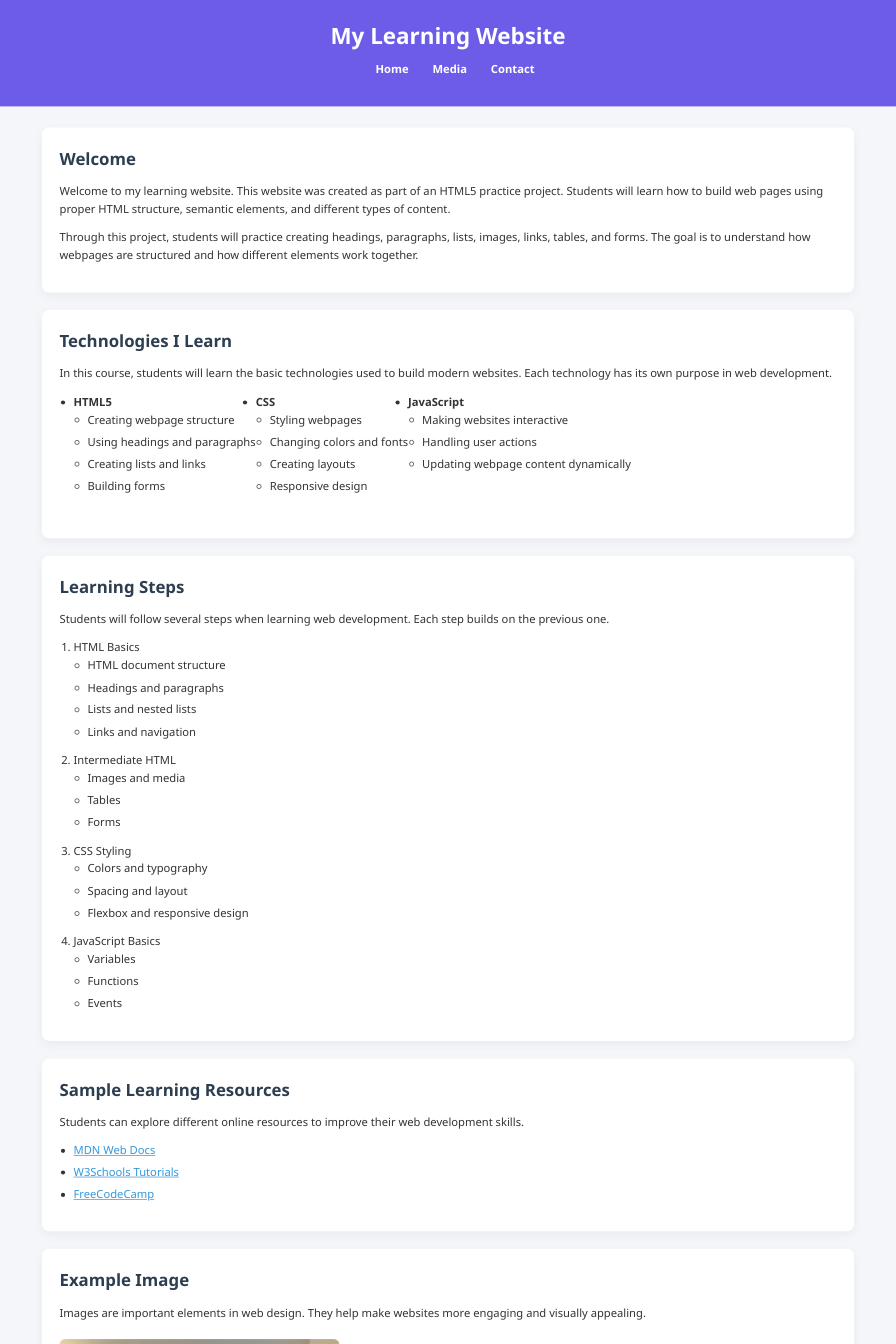
Repository: Than-sothearak/web_client_programing
Page: Week_03/index.html
The author's editor kept a copy of each file at every save. The page is drawn from the files as they stood at one save, then again after the next save.
The browser window is 1280 px wide. The pictures show the part of the page from y = 0 to 1920 px (the page is 2949 px tall), at 70% of full size.

Above is the page before, as saved 2026-03-24 21:15:55.

After the next save:
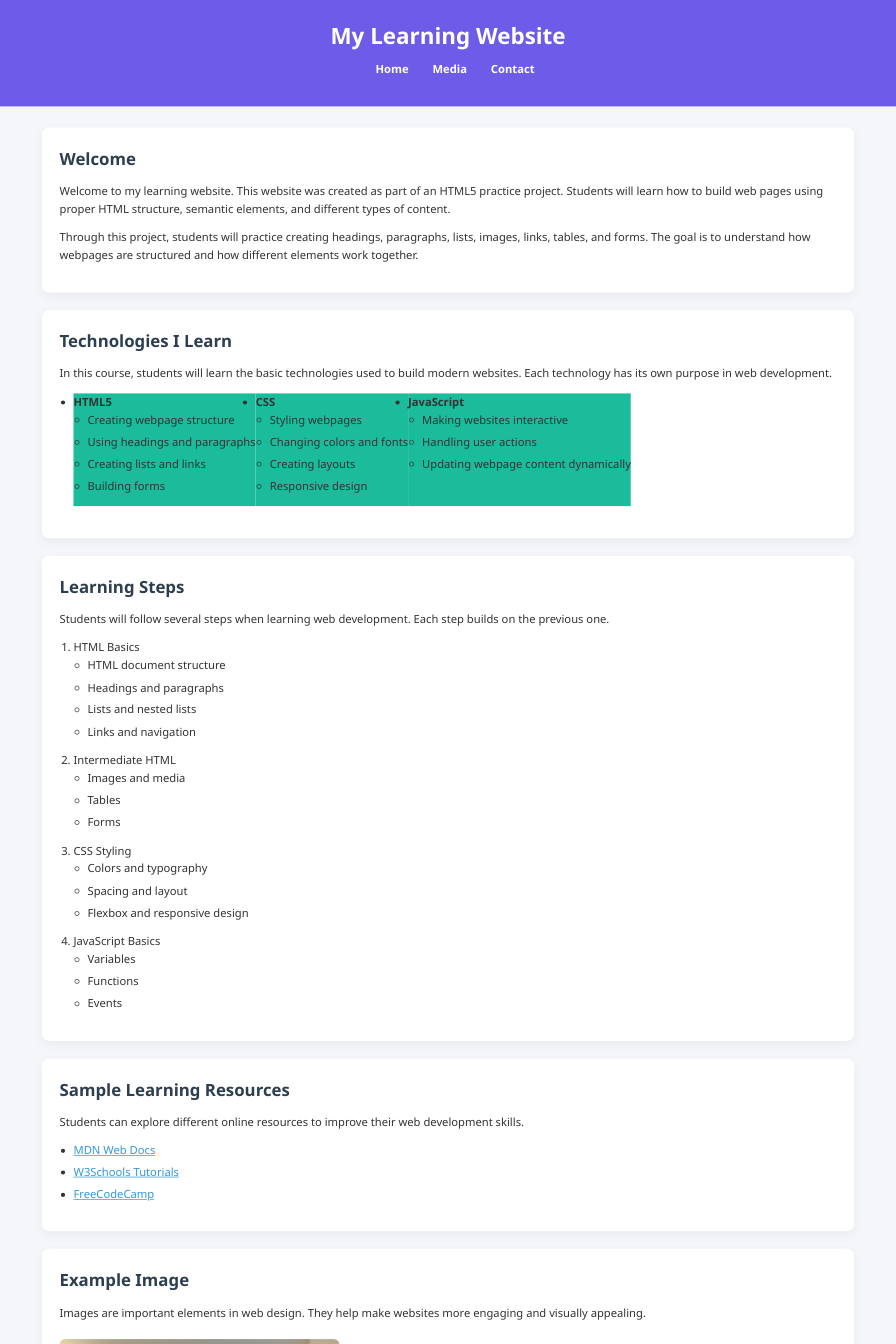
Saved 14 s later.
--- a/Week_03/styles.css
+++ b/Week_03/styles.css
@@ -102,6 +102,10 @@ ol {
   flex-direction: row;
 }
 
+.card {
+  background-color: #1abc9c;
+}
+
 li {
   margin-bottom: 6px;
 }
